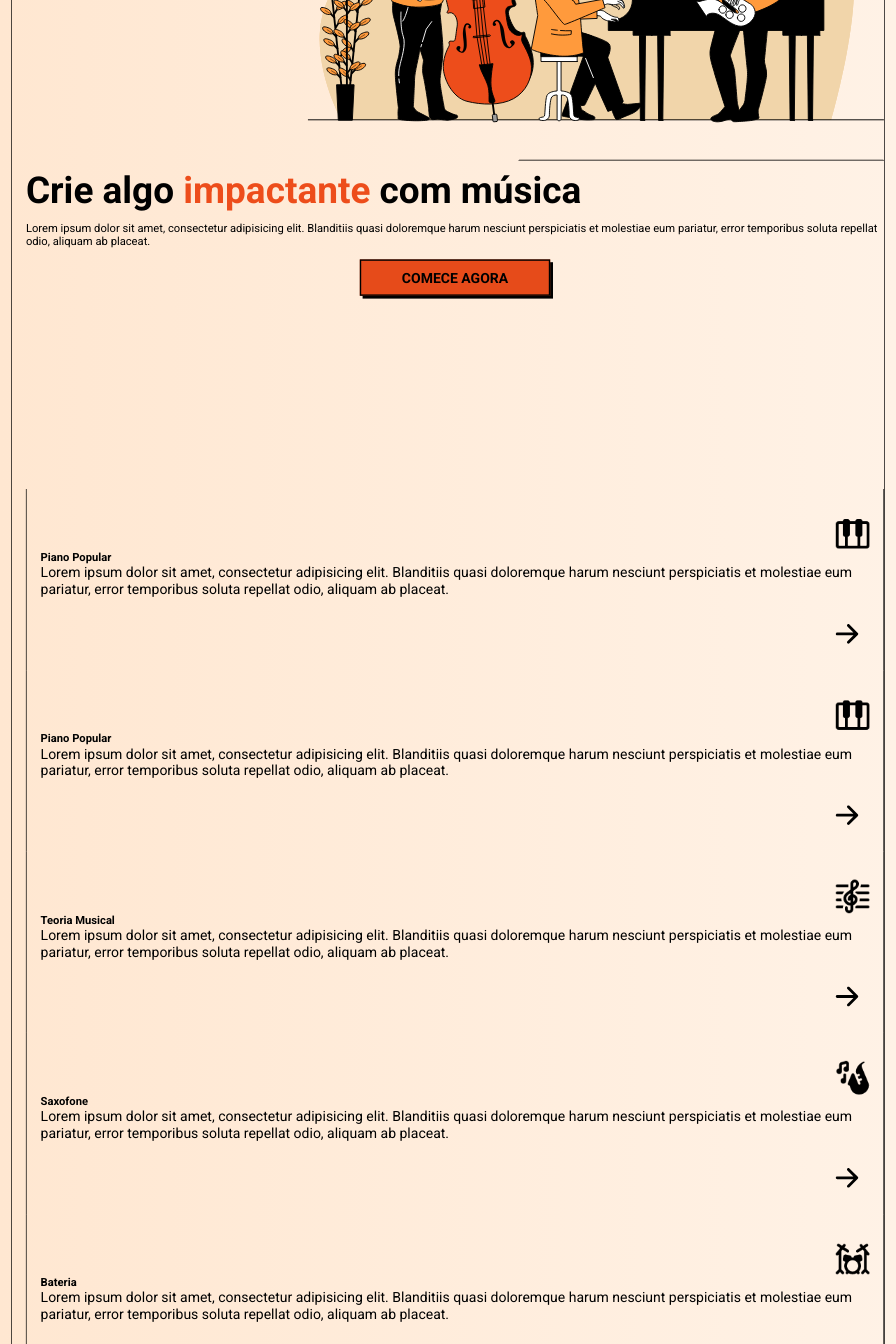
Repository: guilhermecardoso93/obebitecode
Page: index.html
These files come from the project's save history. The page is drawn as it stood at one moment and after the next save; the edit follows.
The browser window is 1280 px wide. The pictures show the part of the page from y = 652 to 2572 px (the page is 3132 px tall before and 3148 px after), at 70% of full size.

Above is the page before, as saved 2023-08-16 20:00:08.

### index.html
<!DOCTYPE html>
<html lang="pt-BR">
  <head>
    <meta charset="UTF-8" />
    <meta name="viewport" content="width=device-width, initial-scale=1.0" />
    <link rel="preconnect" href="https://fonts.googleapis.com" />
    <link rel="preconnect" href="https://fonts.gstatic.com" crossorigin />
    <link
      href="https://fonts.googleapis.com/css2?family=Roboto:wght@400;500;700&display=swap"
      rel="stylesheet" />
    <link rel="stylesheet" href="css/style.css" />
    <title>Tom's Jazz School</title>
  </head>
  <body>
    <header>
      <img src="./assets/logo.svg" alt="Logo da Tom's Jazz School" />
      <nav class="mt-1 mx-auto">
        <a href="/"><span>Início</span></a>
        <a href="/"><span>Cursos</span></a>
        <a href="/"><span>Eventos</span></a>
        <a href="/"><span>Contato</span></a>
      </nav>
      <a href="/" class="subscribeButton subscribeButton mt-1 mx-auto mb-1">Se Inscreva</a>
    </header>

    <main>
      <section class="hero-section">
        <img src="./assets/hero-img.svg" alt="Banda de Jazz Tocando" />
        <div>
          <h1 class="mt-1">
            Crie algo <span class="text-primary">impactante</span> com música
          </h1>
          <p class="mt-1 mb-1"></p>
            Lorem ipsum dolor sit amet, consectetur adipisicing elit. Blanditiis
            quasi doloremque harum nesciunt perspiciatis et molestiae eum
            pariatur, error temporibus soluta repellat odio, aliquam ab placeat.
          </p>
          <a href="/" class="subscribeButton mt-1 mx-auto">Comece Agora</a>
        </div>
      </section>
      <section class="hero-section">
        <div class="cards">
          <article class="courses-section">
            <img src="./assets/piano.png" alt="ícone de tecla de piano" />
            <strong>Piano Popular</strong>
            <p>
              Lorem ipsum dolor sit amet, consectetur adipisicing elit.
              Blanditiis quasi doloremque harum nesciunt perspiciatis et
              molestiae eum pariatur, error temporibus soluta repellat odio,
              aliquam ab placeat.
            </p>
            <a href="#">
              <img
                src="./assets/arrow-right.svg"
                alt="svg de seta para direita" />
            </a>
          </article>
          <article class="courses-section">
            <img src="./assets/piano.png" alt="ícone de tecla de piano" />
            <strong>Piano Popular</strong>
            <p>
              Lorem ipsum dolor sit amet, consectetur adipisicing elit.
              Blanditiis quasi doloremque harum nesciunt perspiciatis et
              molestiae eum pariatur, error temporibus soluta repellat odio,
              aliquam ab placeat.
            </p>
            <a href="#">
              <img
                src="./assets/arrow-right.svg"
                alt="svg de seta para direita" />
            </a>
          </article>
          <article class="courses-section">
            <img src="./assets/clef.png" alt="Icone de clave de sol" />
            <strong>Teoria Musical</strong>
            <p>
              Lorem ipsum dolor sit amet, consectetur adipisicing elit.
              Blanditiis quasi doloremque harum nesciunt perspiciatis et
              molestiae eum pariatur, error temporibus soluta repellat odio,
              aliquam ab placeat.
            </p>
            <a href="#">
              <img
                src="./assets/arrow-right.svg"
                alt="svg de seta para direita" />
            </a>
          </article>
          <article class="courses-section">
            <img src="./assets/sax.png" alt="Icone de saxofone" />
            <strong>Saxofone</strong>
            <p>
              Lorem ipsum dolor sit amet, consectetur adipisicing elit.
              Blanditiis quasi doloremque harum nesciunt perspiciatis et
              molestiae eum pariatur, error temporibus soluta repellat odio,
              aliquam ab placeat.
            </p>
            <a href="#">
              <img
                src="./assets/arrow-right.svg"
                alt="svg de seta para direita" />
            </a>
          </article>
          <article class="courses-section">
            <img src="./assets/drums.png" alt="Ícone de bateria" />
            <strong>Bateria</strong>
            <p>
              Lorem ipsum dolor sit amet, consectetur adipisicing elit.
              Blanditiis quasi doloremque harum nesciunt perspiciatis et
              molestiae eum pariatur, error temporibus soluta repellat odio,
              aliquam ab placeat.
            </p>
            <a href="#">
              <img
                src="./assets/arrow-right.svg"
                alt="svg de seta para direita" />
            </a>
          </article>
        </div>
        <h2>E <span class="text-primary">vários </span>outros!</h2>
        <a href="/">Conhecer os cursos</a>
      </section>
    </main>
    <footer>
      <div>
        <img src="./assets/logo.svg" alt="Logo da Tom's Jazz School" />
        <p>
          Lorem ipsum dolor sit amet consectetur adipisicing elit. Aliquid ut
          accusamus qui veniam est eos magni voluptatum dolorem consequuntur
          iure! Quas, autem molestiae dolorem repudiandae inventore dignissimos
          blanditiis maxime explicabo.
        </p>
      </div>
      <div>
        <a href="/"><span>Início</span></a>
        <a href="/"><span>Cursos</span></a>
        <a href="/"><span>Eventos</span></a>
        <a href="/"><span>Contato</span></a>
      </div>
      <div>
        <label for="email">Receba materiais gratuitos no seu e-mail!</label>
        <input type="text" id="email" placeholder="digite seu e-mail" />
      </div>
    </footer>
  </body>
</html>

### css/style.css
@import url("./basics.css");
@import url("./header.css");
@import url("./main.css");

### css/basics.css
* {
  margin: 0;
  padding: 0;
  box-sizing: border-box;
  font-family: "Roboto", sans-serif;
}

:root {
  --color-primary: #ed4d1b;
  --color-secondary: #ff9a3c;
  --color-black: #000;
  --color-white: #fff;
}

body {
  background: linear-gradient(90deg, #ffe7d1 0%, #fff2e6 100%);
  padding: 0 1rem;
}

body,
html {
  overflow-x: hidden !important;
}

a {
  text-decoration: none;
}

.mt-1 {
  margin-top: 1rem;
}

.mt-2 {
  margin-top: 2rem;
}

.mb-1 {
  margin-bottom: 1rem;
}

.mb-2 {
  margin-bottom: 2rem;
}

.mx-auto {
  margin-left: auto;
  margin-right: auto;
}

.text-primary {
  color: var(--color-primary);
}

.text-center {
  text-align: center;
}

header,
.hero-section,
.courses-section,
footer {
  border-color: --color-black;
  border-style: solid;
  border-width: 0 1px;
  padding: 20px;
}

.subscribeButton {
  border: 2px solid #000;
  box-shadow: 4px 4px 0 #000;
  font-weight: 600;
  display: block;
  background: #e64b1a;
  text-transform: uppercase;
  font-size: 1.25rem;
  padding: 0.75rem 1rem;
  max-width: 17rem;
  position: relative;
  color: var(--color-black);
  text-align: center;
}

.subscribeButton:hover {
  border: 2px solid #e64b1a;
  box-shadow: 4px 4px 0 #e64b1a;
  font-weight: 600;
  display: block;
  color: #e64b1a;
  text-transform: uppercase;
  font-size: 1.25rem;
  padding: 0.75rem 1rem;
  max-width: 17rem;
  position: relative;
  background: var(--color-black);
  text-align: center;
}

span {
  margin: 0;
}

### css/header.css
header img {
  display: block;
  margin: 1rem auto;
}

header nav {
  display: grid;
  grid-template-columns: 1fr 1fr;
  margin-bottom: 1rem;
}

nav a {
  color: var(--color-black);
  font-size: 1.25rem;
  padding: 0.5rem;
  text-decoration: none;
  text-weight: bold;
}

nav a span:hover {
  border-bottom: 3px solid #000;
}

header nav a:nth-child(2n-1) {
  text-align: right;
}

### css/main.css
.hero-section {
  padding-right: 0;
  padding-bottom: 16rem;
}


.hero-section img {
  display: block;
  margin: 1.25rem 0 0 auto;
  max-width: 100%;
}

h1 {
  font-size: 3.3rem;
  line-height: 105%;
  font-weight: 700;
}

h2 {
  font-size: 2.5rem;
}

.hero-section p {
  font-size: 1.25rem;
  padding-right: 1.25rem;
}

After the next save:
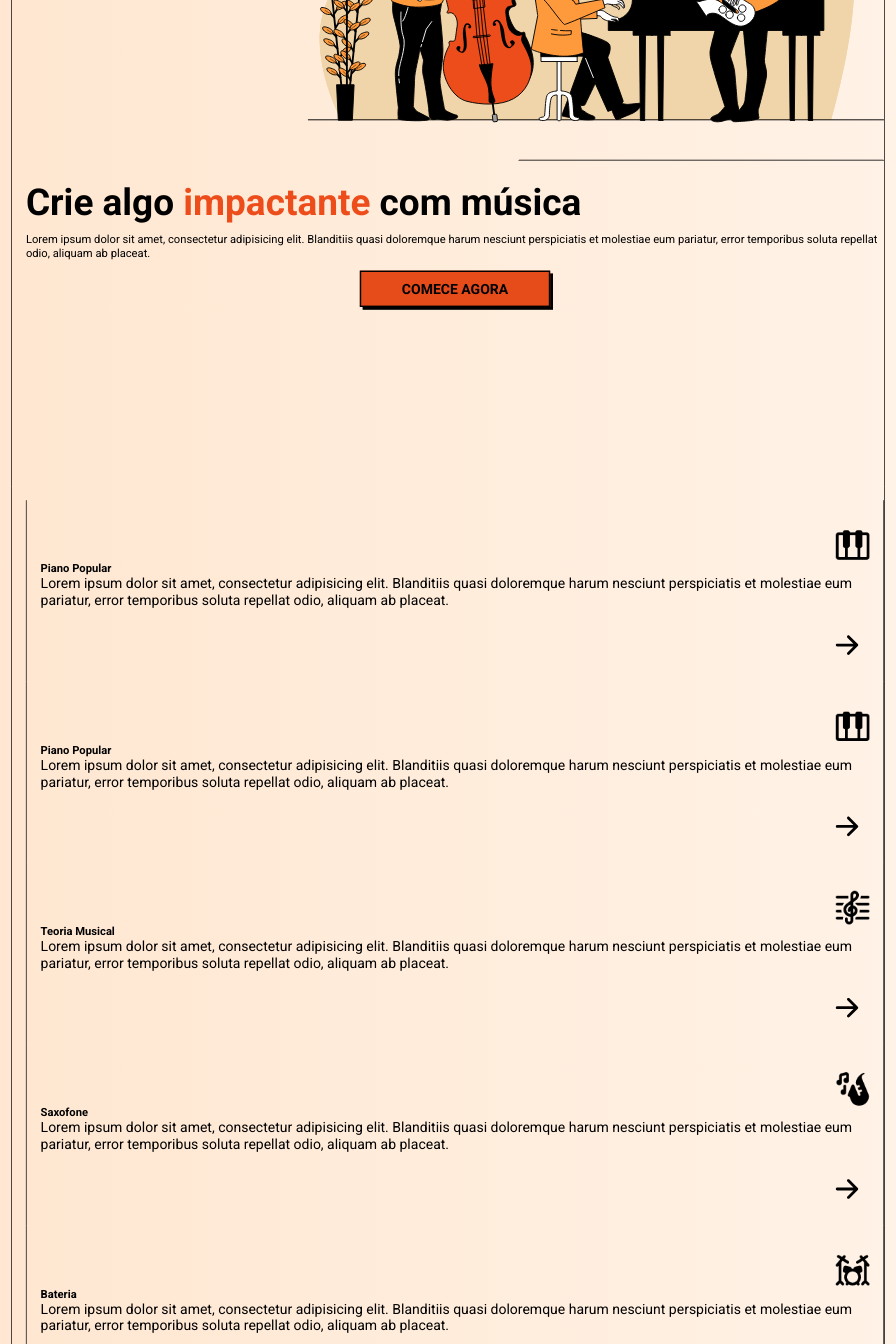
Saved 15 s later.
--- a/index.html
+++ b/index.html
@@ -27,7 +27,7 @@
       <section class="hero-section">
         <img src="./assets/hero-img.svg" alt="Banda de Jazz Tocando" />
         <div>
-          <h1 class="mt-1">
+          <h1 class="mt-2">
             Crie algo <span class="text-primary">impactante</span> com música
           </h1>
           <p class="mt-1 mb-1"></p>
